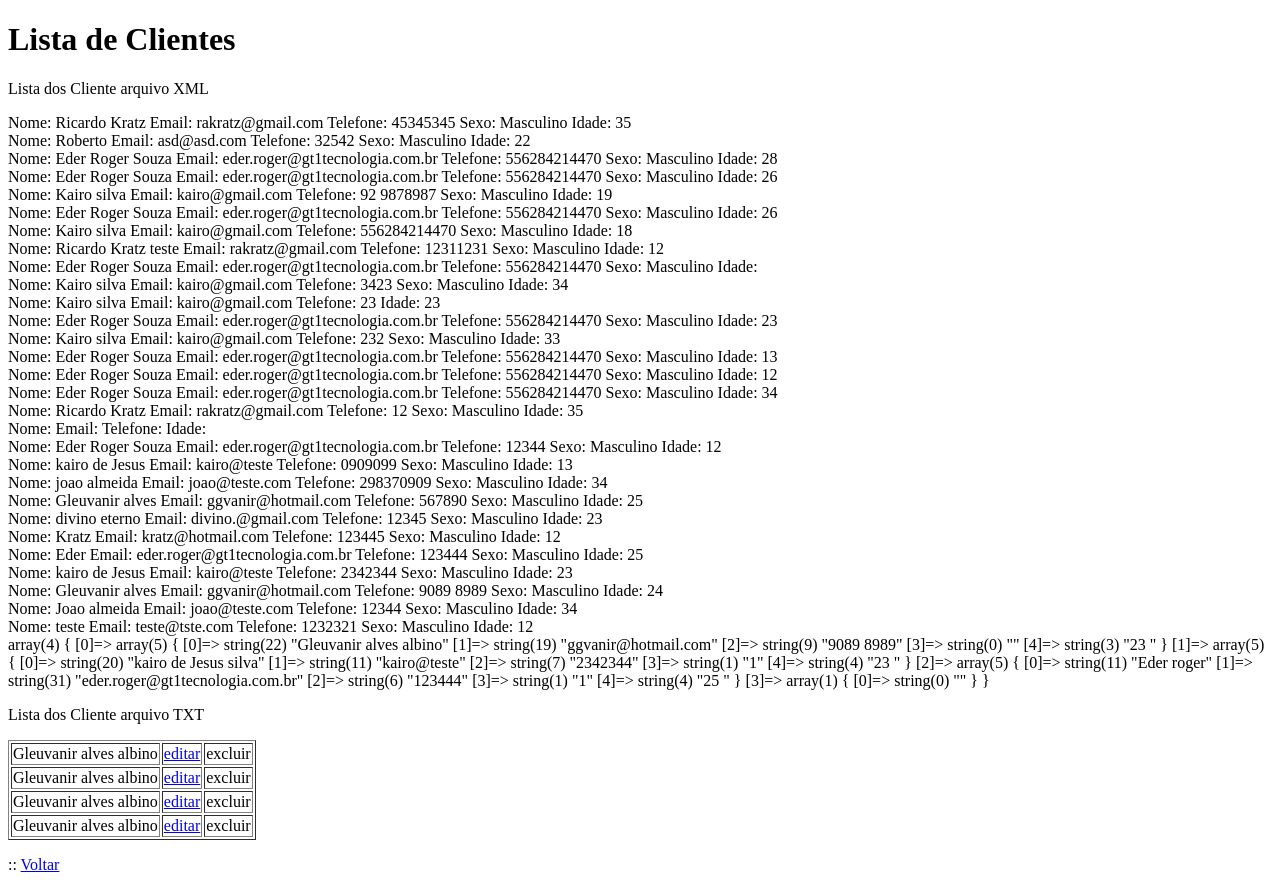
Repository: EderRoger/Faculdade
Page: http://localhost/listar.php
An editor plug-in stored every save of this project. The page is shown before and after the next save, followed by the edit.
The browser window is 1280 px wide. The pictures show the whole page.
The page is run by PHP 8.4 with error messages shown; the project is at /var/www/html/.

Above is the page before, as saved 2011-10-26 17:10:29.

After the next save:
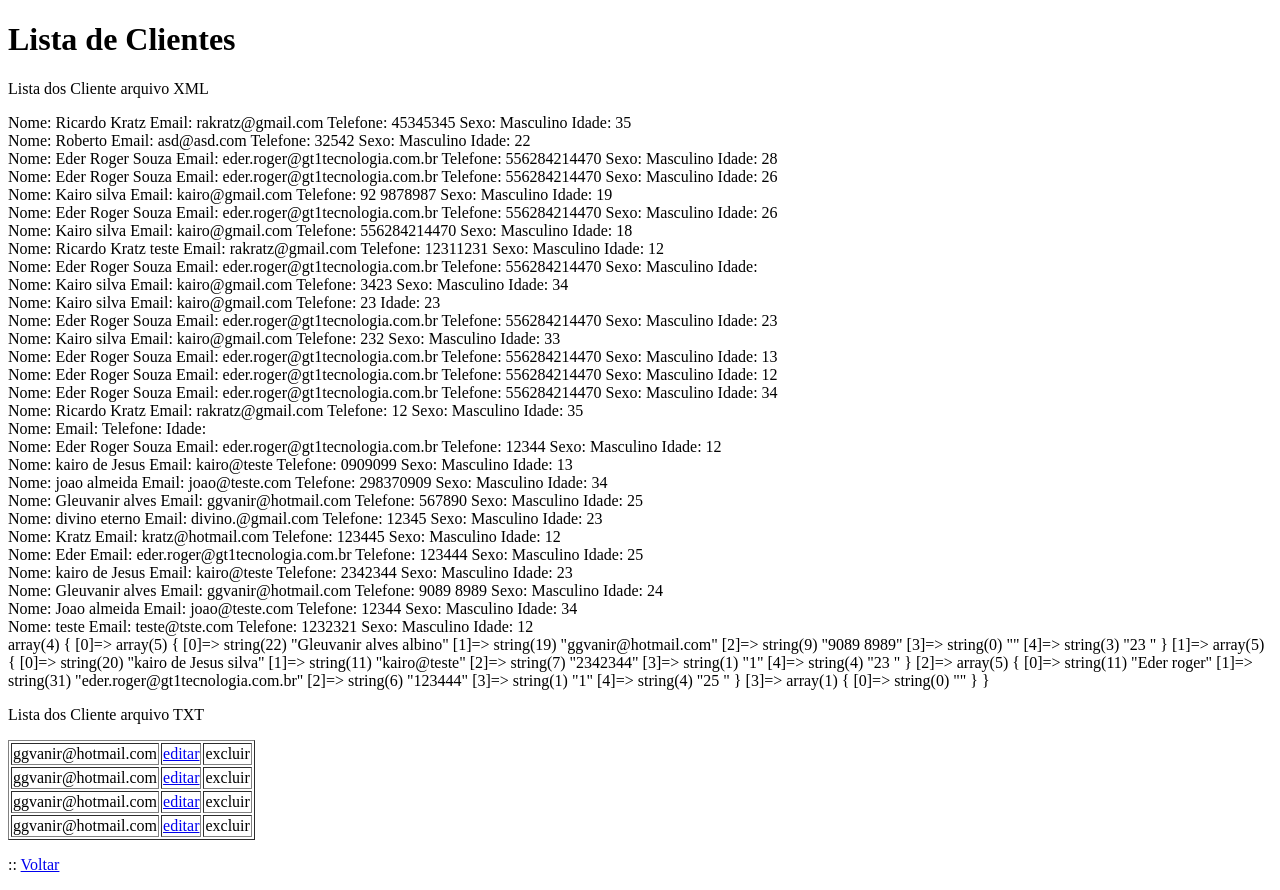
Saved 10 s later.
--- a/kratz/workspace/cadastro/listar.php
+++ b/kratz/workspace/cadastro/listar.php
@@ -51,7 +51,7 @@
 	?>
 	<tr>
 	 <td>
-		<?php   echo $dados[0][0]; ?>
+		<?php   echo $dados[0][1]; ?>
 	 </td>
 	 <td><a href="index.php?nome=<?=$arrayCliente[$i]; ?>&idade=<?=$arrayCliente[$i]; ?>&email=<?=$arrayCliente[$i]; ?>&telefone=<?=$arrayCliente[$i]; ?>"> editar</a></td>
 	 <td>excluir</td>
